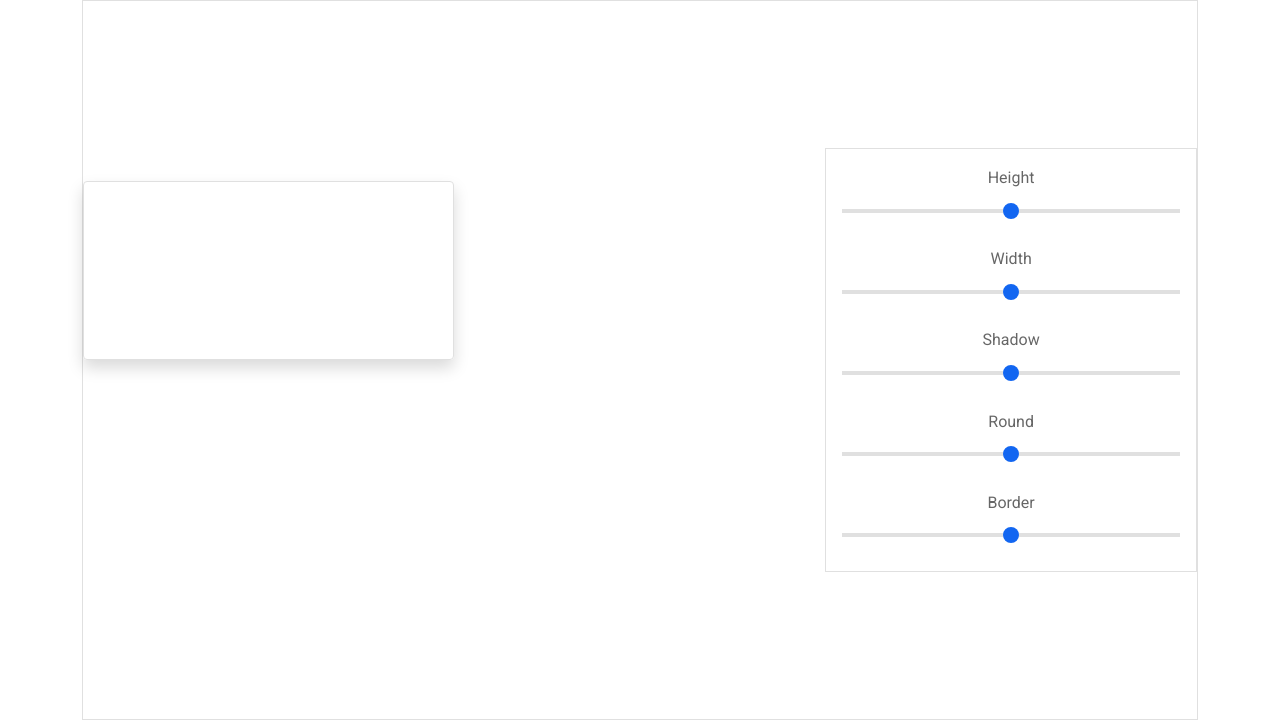
Repository: USaditya98/card-generator
Page: index.html
The author's editor kept a copy of each file at every save. The page is drawn from the files as they stood at one save, then again after the next save.
The browser window is 1280 px wide. The pictures show the whole page.

Above is the page before, as saved 2021-10-20 11:20:37.

After the next save:
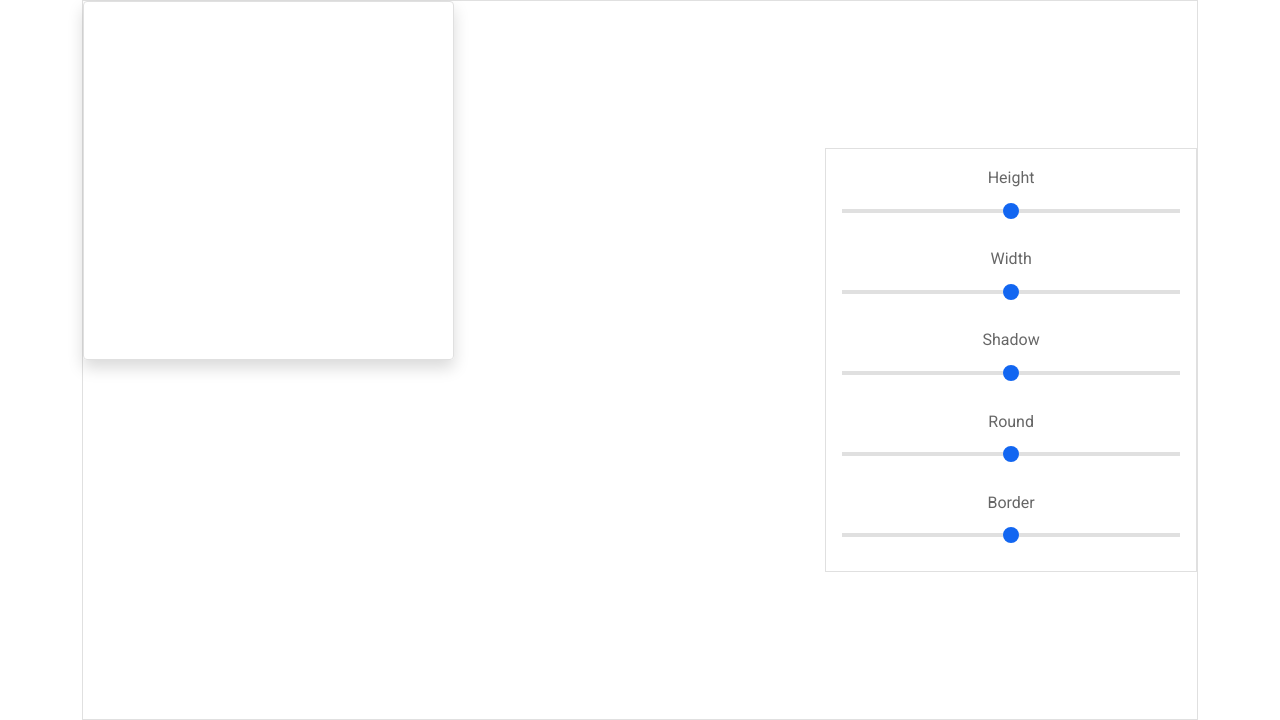
Saved 5 s later.
--- a/index.html
+++ b/index.html
@@ -21,7 +21,7 @@
     <!-- Start your project here-->
     <div class="container">
       <div class="d-flex justify-content-between align-items-center text-center border" style="height: 100vh;">
-            <div class=" w-100 h-50" id="create">
+            <div class=" w-100 h-100" id="create">
                 <div class="text-center w-50 h-50 border rounded shadow">
                 </div>
             </div>
